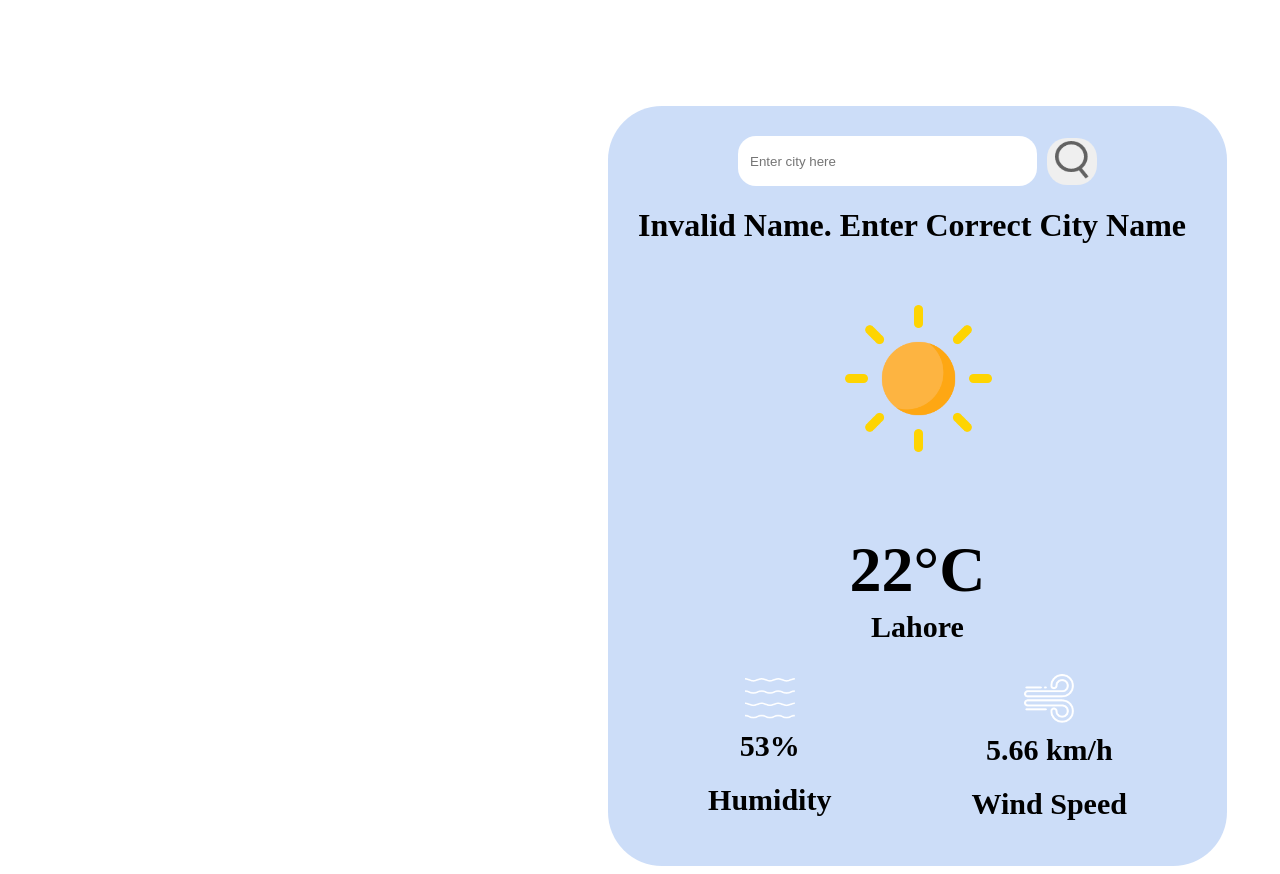
Repository: WajihaGul/Javascripts-Projects
Page: WEATHER APP/index.html
These files come from the project's save history. The page is drawn as it stood at one moment and after the next save; the edit follows.
The browser window is 1280 px wide. The pictures show the whole page.

Above is the page before, as saved 2024-06-07 20:34:09.

### WEATHER APP/index.html
<!DOCTYPE html>
<html>
<head>
    <meta charset="utf-8">
    <meta http-equiv="X-UA-Compatible" content="IE=edge">
    <title>Weather App</title>
    <meta name="description" content="">
    <meta name="viewport" content="width=device-width, initial-scale=1">
    <link rel="stylesheet" href="./style.css">
</head>
<body>
    <div class="MainDiv">
        <div class="SearchDiv">
            <input type="search" class="SearchInput" placeholder="Enter city here">
            <button class="SearchLogo"><img src="/images/search.png" class="btnimg" alt="SearchLogo"></button>
        </div>

    <div class="error">
        <h1>Invalid Name. Enter Correct City Name</h1>
    </div>
        <div class="SecDiv">
            <div class="weather">
                <img src="./images/clear.png" alt="weather here">
            </div>
            <div class="temperature">
                <h1>22°C</h1>
            </div>
            <div class="cityName">
                <h1>Lahore</h1>
            </div>
            <div class="humidityAndWindSpeed">
                <div class="humidity">
                    <img src="./images/humidity.png" alt="">
                    <h1>53%</h1>
                    <h2>Humidity</h2>
                </div>
                <div class="windSpeed">
                    <img src="./images/wind.png" alt="">
                    <h1>5.66 km/h</h1>
                    <h2>Wind Speed</h2>
                </div>
            </div>
        </div>
    </div>
    <script>
        const APIkey= "https://api.openweathermap.org/data/2.5/weather?&units=metric";
        const Appid="6348a586aa1ef3c18b76814239e3158a";
        const weatherLogo = document.querySelector(".weather img");
        const SearchBar = document.querySelector(".SearchInput");
        const SearchButton = document.querySelector(".SearchLogo");

        async function checkWeather(city) {
            const response = await fetch(`${APIkey}&q=${city}&appid=${Appid}`);
            var data = await response.json();
            console.log(data);

            document.querySelector(".temperature h1").innerHTML = Math.round(data.main.temp) + " °C";
            document.querySelector(".cityName h1").innerHTML = data.name;
            document.querySelector(".windSpeed h1").innerHTML = data.wind.speed + " km/h";
            document.querySelector(".humidity h1").innerHTML = data.main.humidity + " %";



         if(data.weather[0].main=="Smoke"){
              weatherLogo.src= "./images/mist.png";
          }
         else if(data.weather[0].main=="Clouds"){
              weatherLogo.src= "./images/clouds.png";
          }
          else if(data.weather[0].main=="Rain"){
              weatherLogo.src= "./images/rain.png";
          }
         else if(data.weather[0].main=="Drizzle"){
              weatherLogo.src= "./images/drizzle.png";
         }
        else{
            weatherLogo.src= "./images/clear.png";
        }

    }

        SearchButton.addEventListener("click", () => {
            checkWeather(SearchBar.value);
        });

    </script>
</body>
</html>

### WEATHER APP/style.css
.MainDiv{
    background-color: rgb(154 187 241 / 50%);
    width: 559px;
    margin-top: 106px;
    /* margin-bottom: 106px; */
    border-radius: 54px;
    height: 700px;
    padding: 30px;
    margin-left:600px;
    margin-right: 600px;
}
 .SearchInput{
    width: 303px;
    height: 50px;
    border-radius: 18px;
    padding: 10px;
    border-color: transparent;
    margin-right: 10px;
}
.SearchDiv{
    display: flex;
    flex-direction: row;
    align-items: center;
    margin: 0 auto;
    margin-left: 100px;
    margin-right: 100px;
}
/* .SecDiv{
    display: none;
} */
.btnimg{
    height: 38px;
    width: 34px;
}
.SearchLogo{
    border-color: transparent;
    border-radius: 20px;
    cursor: pointer;
}
.temperature h1{
    display: flex;
    align-items: center;
    justify-content: center;
    font-size: 64px;

}
.weather img{
    display: flex;
    margin: 0 auto;

}
.cityName h1{
    display: flex;
    align-items: center;
    justify-content: center;
    font-size: 30px;
    margin-top: -50px;
    padding: 10px;
}
.humidityAndWindSpeed {
    display: flex;
    justify-content: space-around;
    align-items: center;
    margin-top: 20px;
}

.humidity,
.windSpeed {
    display: flex;
    flex-direction: column;
    align-items: center;
    text-align: center; /* Center text */
}

.humidity img,
.windSpeed img {
    margin-bottom: 10px; /* Adjust as needed */
    width: 50px; /* Adjust as needed */
    height: auto; /* Maintain aspect ratio */
}

.humidity h1,
.windSpeed h1 {
    font-size: 30px;
    margin: 0 auto;
}

.humidity h2,
.windSpeed h2 {
    font-size: 30px;
    margin: 0 auto;
    padding-top: 20px;
}

After the next save:
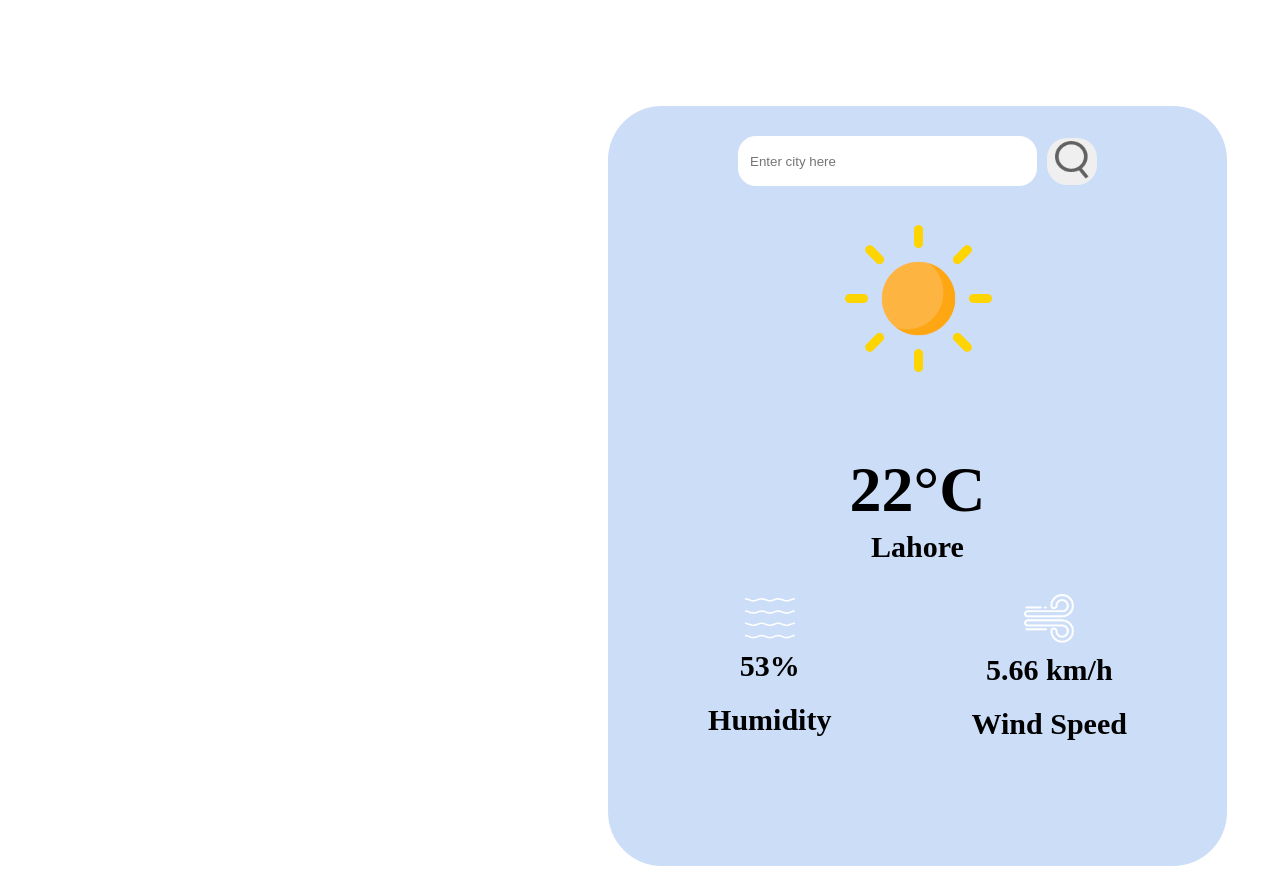
Saved 106 s later.
--- a/WEATHER APP/style.css
+++ b/WEATHER APP/style.css
@@ -31,6 +31,12 @@
 .btnimg{
     height: 38px;
     width: 34px;
+}
+.error{
+    font-size: medium;
+    padding-right: 110px;
+    padding-left: 110px;
+    display: none;
 }
 .SearchLogo{
     border-color: transparent;
